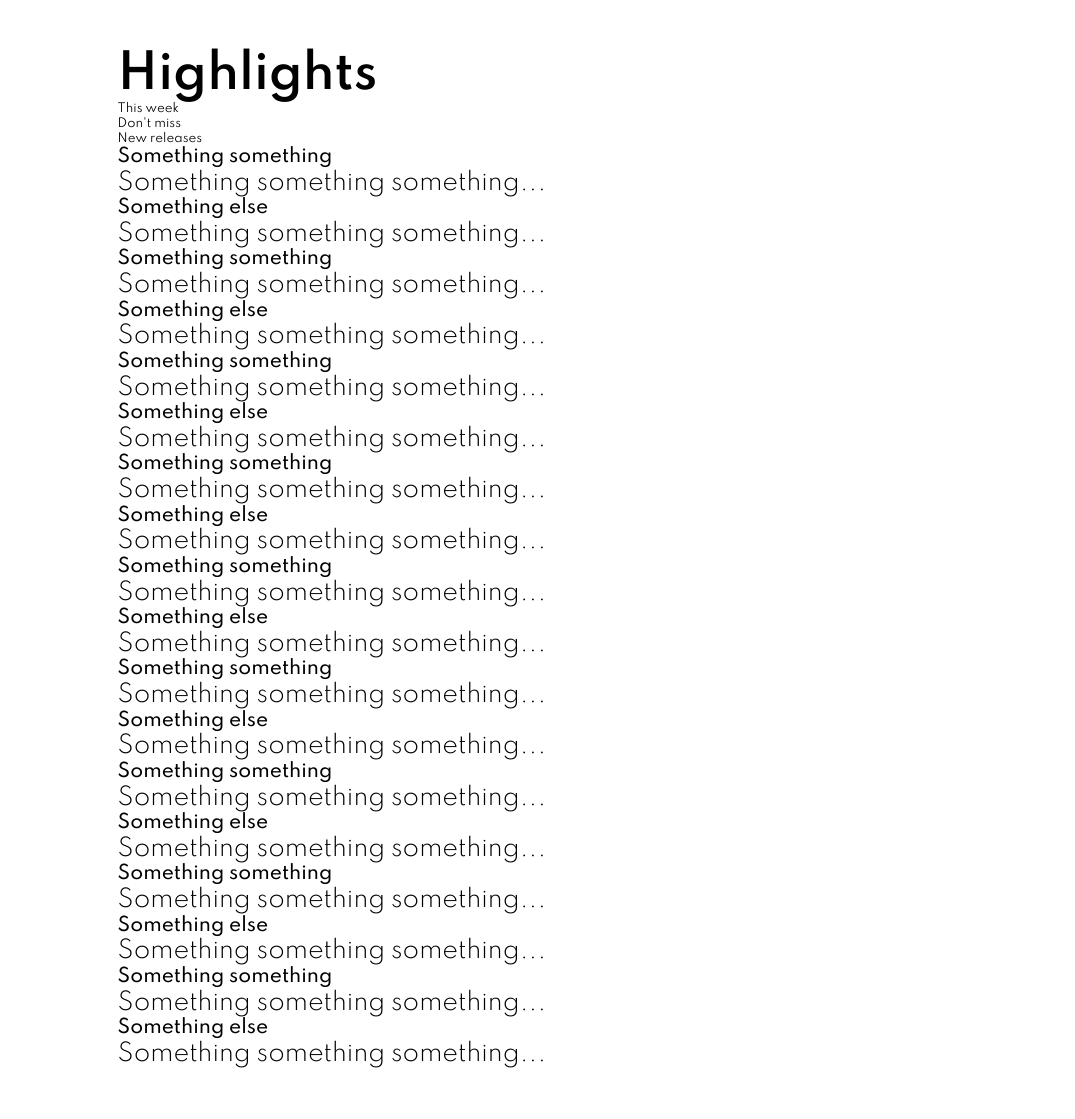
Repository: vvogt/fameworks_vv
Page: /
These files come from the project's save history. The page is drawn as it stood at one moment and after the next save; the edit follows.
The browser window is 1280 px wide. The pictures show the part of the page from y = 607 to 1939 px (the page is 1939 px tall), at 84% of full size.
Pictures or frames that could not be fetched are drawn as grey boxes. The project was rebuilt for these pictures with package versions that can differ from the ones it lists, and the page was loaded fresh each time. Also part of the build but not shown: src/components/NotFound.js. Imported but missing from the stored project, and not drawn on this page: src/assets/videos/seald_fullhd.mp4.

Above is the page before, as saved 2020-03-28 16:39:22.

After the next save:
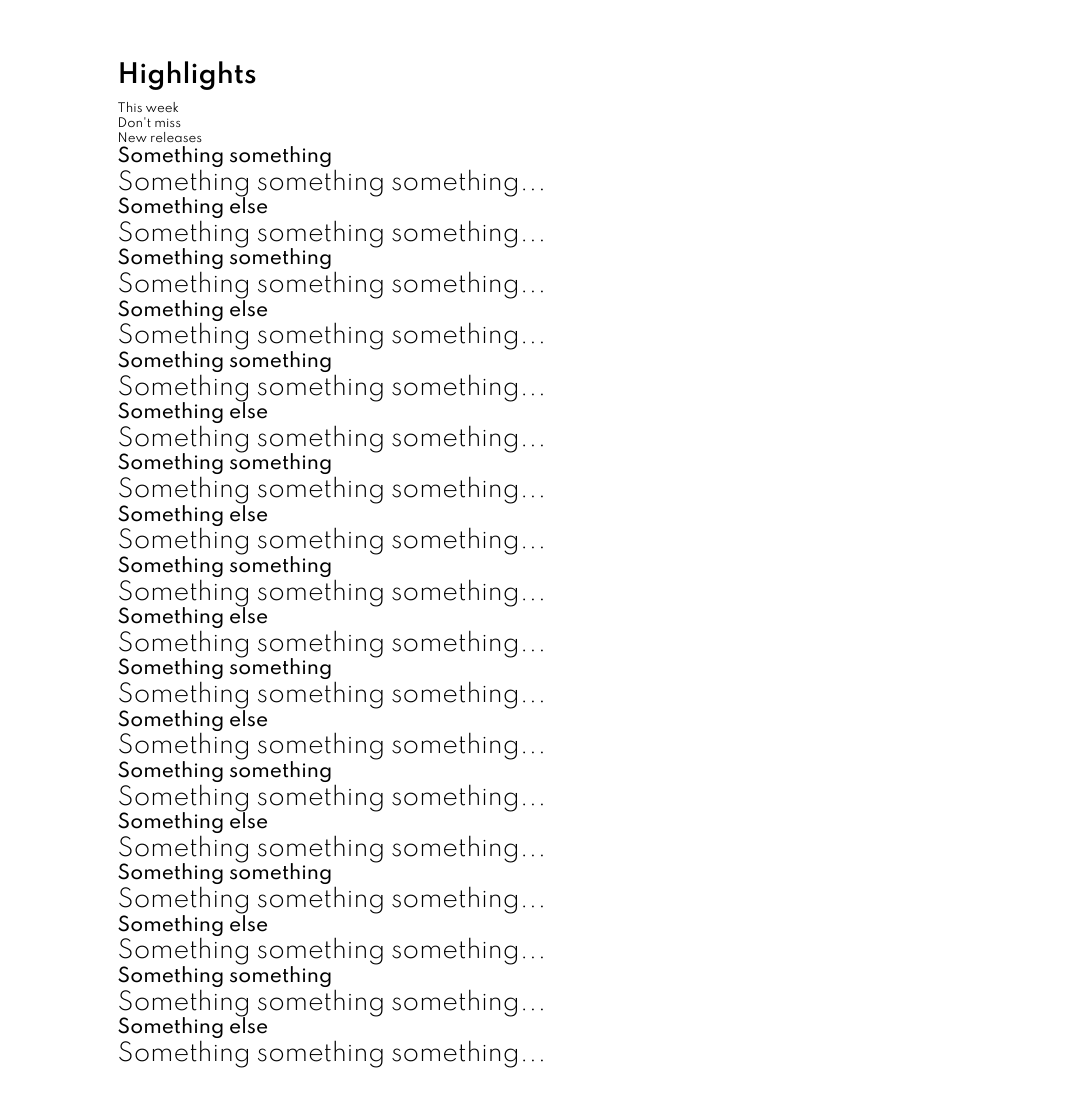
Saved 4 min 58 s later.
--- a/src/scss/_components.section.scss
+++ b/src/scss/_components.section.scss
@@ -2,4 +2,8 @@
    padding-top: rem-calc(60);
    padding-bottom: rem-calc(60);
    @include setLRPadding($padding_lr);
+
+   h2 {
+      font-size: rem-calc(30);
+   }
 }
